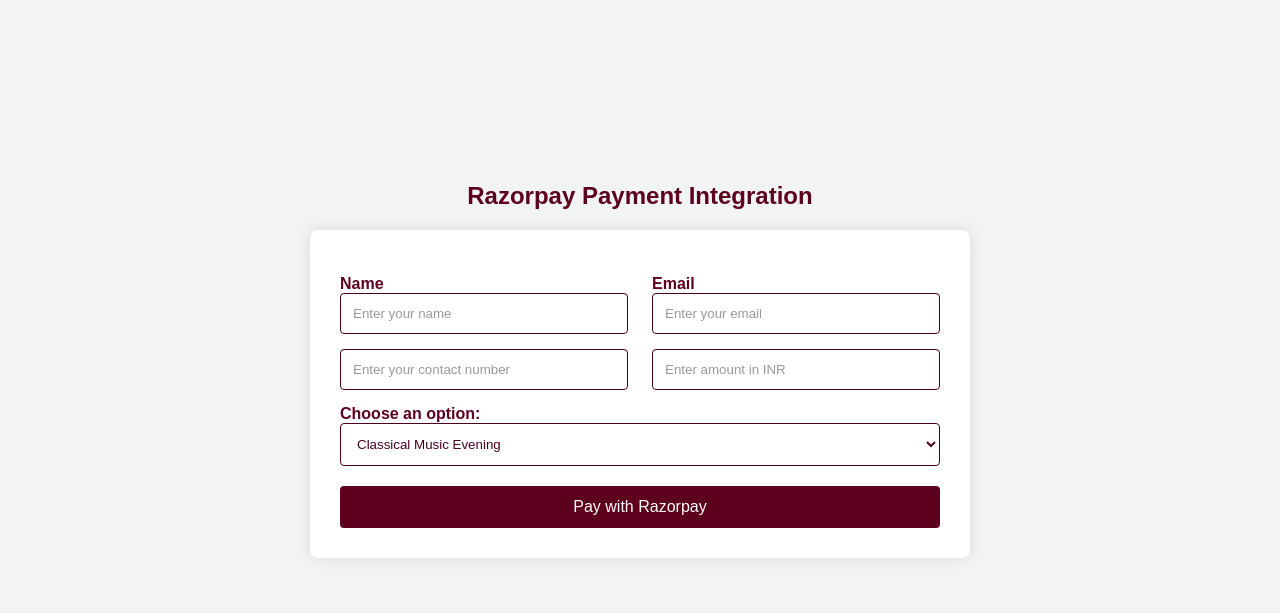
Repository: SharonSebastian32/razorpaypaymentgateway_implementation
Page: bookEventpage.html
An editor plug-in stored every save of this project. The page is shown before and after a run of saves, followed by the edit.
The browser window is 1280 px wide. The pictures show the whole page.

Above is the page before, as saved 2024-08-09 08:15:18.

After the next 2 saves:
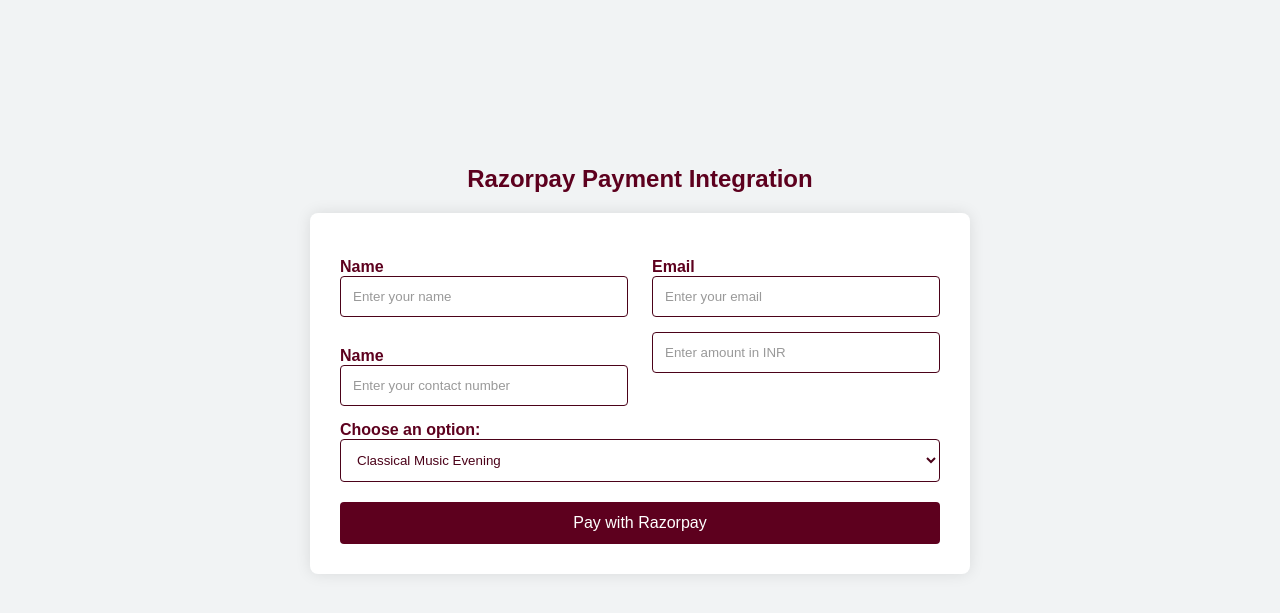
The 2 saves are shown as one change because they came seconds apart.
The last was saved 5 s later.
--- a/bookEventpage.html
+++ b/bookEventpage.html
@@ -121,6 +121,8 @@
         </div>
         <div class="form-row">
           <div class="form-group">
+                        <label for="">Name</label>
+
             <input
               type="text"
               id="contact"
